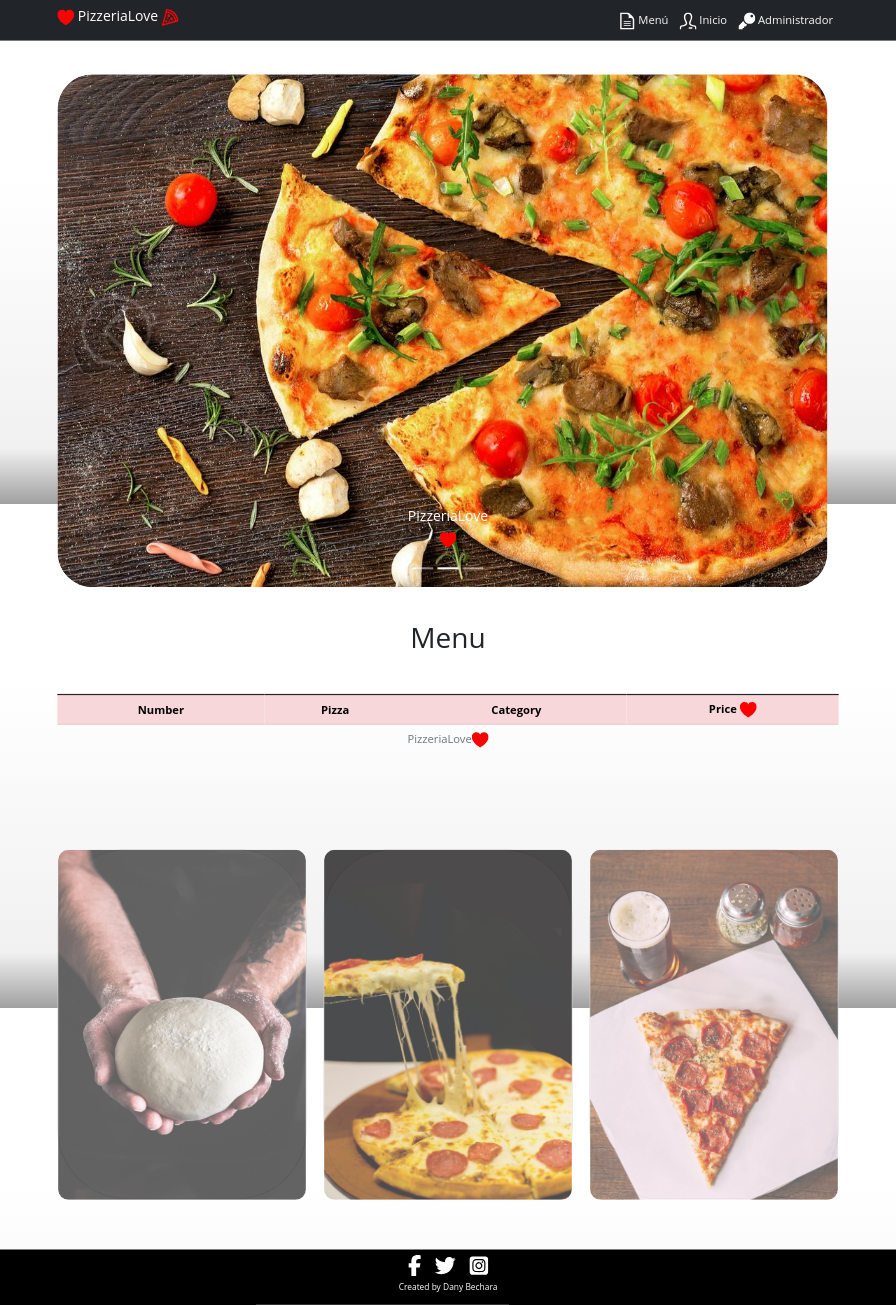
Repository: bechara611/PizzeriaLove
Page: /
The author's editor kept a copy of each file at every save. The page is drawn from the files as they stood at one save, then again after the next save.
The browser window is 1280 px wide. The pictures show the whole page, at 70% of full size.
The page's requests for data from a server got no answer. Backgrounds fixed to the window are drawn as part of the page. The project was rebuilt for these pictures with package versions that can differ from the ones it lists, and the page was loaded fresh each time. No one was signed in, and anything a server would have sent is missing. Also part of the build but not shown: src/App.css, src/App.js, src/Componentes/FormularioAgregarMenu.css, src/Elementos/Alerta.js, src/Elementos/AlertaRed.js, src/Componentes/FormularioAgregarMenu.js.

Above is the page before, as saved 2022-02-25 22:44:19.

### src/index.js
import React,{useState} from 'react';
import ReactDOM from 'react-dom';
import './index.css';
import 'bootstrap/dist/css/bootstrap.css'
import 'bootstrap/dist/js/bootstrap.bundle.min';
import Header from './Componentes/Header';
import {BrowserRouter,Route, Routes,NavLink} from 'react-router-dom'
import {App,App2} from './App';
import WebFont from 'webfontloader'
import './index.css'
import Carousel from './Componentes/Carousel';
import Menu from './Componentes/Menu';
import Footer from './Componentes/Footer';
import { FormularioAgregarMenu } from './Componentes/FormularioAgregarMenu';
import Galeria from './Componentes/Galeria';

WebFont.load({
  google: {
    families: ['Open Sans:400,500,700', 'Sans-serif']
  }
});

const Index = () => {
  const [administrador,cambiaradministrador]=useState(false);
  const [admin,cambiaradmin]=useState('');
  return (
  <BrowserRouter>
     <Header administrador={administrador} cambiaradministrador={cambiaradministrador} cambiaradmin={cambiaradmin} admin={admin}></Header>
   {admin==='admin' ? <h2 className='my-5 tittle text-dark text-center'>ADMIN</h2>:<></>}
     <Carousel></Carousel>

    <Routes>
    <Route path='/' element={<Menu borrar={false} />} ></Route>
    <Route path='/administrador' element={<FormularioAgregarMenu />} ></Route>
    <Route path='/inicio' element={<Menu borrar={false} />} ></Route>
    </Routes>


    <Footer></Footer>
    </BrowserRouter>
    );
}


ReactDOM.render(

  <Index />,
  document.getElementById('root')
);

### src/index.css
* {
  margin: 0;
  font-family:'Open Sans';
  /* Permalink - use to edit and share this gradient: https://colorzilla.com/gradient-editor/#ffffff+0,ffffff+100&1+0,0+100;White+to+Transparent */



}


body
{
  background: rgb(255,255,255);
  background: linear-gradient(180deg, rgba(255,255,255,1) 0%, rgba(255,255,255,1) 35%, rgba(242,241,241,1) 89%, rgba(10,10,10,0.38699229691876746) 100%);

  background-attachment:fixed;
}

### src/Componentes/Header.js
import {NavLink} from 'react-router-dom'
import styled from 'styled-components';
import { BotonTipoNavLink,BotonTipoNavLinkA } from '../Elementos/BotonTipoNavLink';
import {Pizza2,Administrador2,Inicio2,Menu2,Contacto2,Heart2}from '../Elementos/ImagenesSVG';
import {App,App2} from './../App';
import './Header.css'


const Header = ({cambiaradministrador,administrador,cambiaradmin}) => {
    let url1,urladmin;
    url1="/inicio";
    urladmin='/administrador'
      return (
        <>

        <nav className="navbar navbar-expand-sm navbar-dark bg-dark  header_nav">
        <div className="container contenedor1 ">
        <div className='hijo1_header'>
         <BotonTipoNavLink to={url1} className="navbar-brand"> <Heart2 / > PizzeriaLove <Pizza2></Pizza2></BotonTipoNavLink>



        </div>
      <div className='hijo2_header'>
        <button
        className="navbar-toggler mt-2"
        type="button"
        data-bs-toggle="collapse"
        data-bs-target="#menu"
        aria-controls="menu"
        aria-expanded="false"
        aria-label="Mostrar / Ocultar Menu"
      >
        <span className="navbar-toggler-icon"></span>
      </button>

      <div className="collapse navbar-collapse" id="menu">
      <ul className="navbar-nav me-auto mb-2 mb-lg-0 header_menu">
      <li className="nav-item opcion"><a href="#menuu" className="nav-link text-light  opcion" onClick={()=>{cambiaradmin('usuario')}}><Menu2></Menu2> Menú</a></li>
        <li className="nav-item"><BotonTipoNavLinkA to={url1} className="nav-link text-light" onClick={()=>{cambiaradmin('usuario')}}><Inicio2/> Inicio</BotonTipoNavLinkA></li>
        <li className="nav-item"><BotonTipoNavLink to={urladmin} className="nav-link text-light" onClick={()=>{cambiaradmin('admin')}}> <Administrador2 /> Administrador</BotonTipoNavLink></li>
      </ul>

    </div>
    </div>
        </div>

      </nav>

      </>
       );
    }

    export default Header;

### src/Componentes/Carousel.js
import { Heart2 } from '../Elementos/ImagenesSVG'
import imagen1 from './../Imagenes/carousel1.jpg'
import imagen2 from './../Imagenes/carousel2.jpg'
import imagen3 from './../Imagenes/carousel3.jpg'
import './Carousel.css'
const Carousel = () => {
    return (

        <>
<section className="main">
  <div className="container">
    <div className="row mt-5">
      <div className="col">
        <div className="carousel slide carousel-fade" id="mi-carousel" data-bs-ride="carousel">
          <div className="carousel-inner">
            <div className="carousel-item active">
            <div className="carousel-caption">
            <h5>PizzeriaLove</h5>
            <p><Heart2></Heart2></p>
          </div>
              <img className="img-fluid" src={imagen1} alt='' />
            </div>

            <div className="carousel-item" data-bs-interval="5000">
              <div className="carousel-caption">
                <h5>PizzeriaLove</h5>
                <p><Heart2></Heart2></p>
              </div>
              <img className="img-fluid" src={imagen2}  alt=''/>
            </div>
            <div className="carousel-item">
            <div className="carousel-caption">
            <h5>PizzeriaLove</h5>
            <p><Heart2></Heart2></p>
          </div>
            <img className="img-fluid" src={imagen3} alt='' />
            </div>
          </div>



          <button
            className="carousel-control-prev botonprev"
            type="button"
            data-bs-target="#mi-carousel"
            data-bs-slide="prev"
          >
            <span className="carousel-control-prev-icon  icono" aria-hidden="true"></span>
            <span className="visually-hidden">Prev</span>
          </button>
          <button
            className="carousel-control-next"
            type="button"
            data-bs-target="#mi-carousel"
            data-bs-slide="next"
          >
            <span className="carousel-control-next-icon icono" aria-hidden="true"></span>
            <span className="visually-hidden">Next</span>
          </button>




          <div className="carousel-indicators">
            <button
              type="button"
              className="active"
              data-bs-target="#mi-carousel"
              data-bs-slide-to="0"
              aria-label="Slide 1"
            ></button>
            <button
              type="button"
              className=""
              data-bs-target="#mi-carousel"
              data-bs-slide-to="1"
              aria-label="Slide 2"
            ></button>
            <button
              type="button"
              className=""
              data-bs-target="#mi-carousel"
              data-bs-slide-to="2"
              aria-label="Slide 3"
            ></button>
          </div>
        </div>
      </div>
    </div>
  </div>

</section>


        </>
     );
}

export default Carousel;

### src/Componentes/Menu.js
import React from 'react'
import { Heart2, Trash2 } from '../Elementos/ImagenesSVG';
import { db } from '../Firebase/FirebaseConfig';
import './Menu.css'
import useObtenerMenu from '../Hooks/useObtenerMenu';
import BorrarDocumento from '../Firebase/Borrar';
import Galeria from './Galeria';

const Menu = ({borrar}) => {
   const [platos,cambiarplatos]=useObtenerMenu();


    return (
        <>
        <div className="container contenedor-tabla">
        <div className="row my-5">

        <div className="col titulo">
        {borrar===true ?   <h1 className=''>Admin, you can delete a plate here:</h1> :    <h1 className=''>Menu</h1>}

        </div>
        </div>
            <div className="row my-5">

             <div className="table-responsive " id='menuu'>
            <table className="table table-hover table" >
            <caption className='captionMenu'>PizzeriaLove<Heart2></Heart2></caption>
             <thead>
             <tr className={borrar===true?'table-success' : 'table-danger'}>
             <th>Number</th>
             <th>Pizza</th>
             <th>Category </th>
             <th>Price <Heart2></Heart2> </th>
             </tr>
             </thead>
             <tbody>
             {
                 platos.map((plato,index)=>{
                     return <React.Fragment key={index}>
                     <tr onClick={()=>{


                     }} >
                     <td>{index +1}</td>
                     <td>{plato.plato}</td>
                     <td>{plato.categorias}</td>
                     {borrar===true ?    <td>{plato.precio}$  <Trash2 onClick={()=>{
                        if (borrar===true) {
                            BorrarDocumento(plato.id)
                         }
                     }}></Trash2> </td> : <td>{plato.precio}</td> }

                     </tr>
                     </React.Fragment>
                 })
             }
             </tbody>
             </table>
            </div>


            </div>
        </div>
        <Galeria></Galeria>
        </>

        )

}

export  default Menu;

### src/Componentes/Footer.js
import styled from "styled-components";
import './Footer.css'
import { FontAwesomeIcon } from '@fortawesome/react-fontawesome'
import { faCoffee } from '@fortawesome/free-solid-svg-icons'
import {  faFacebookF,faInstagramSquare,faTwitter } from '@fortawesome/free-brands-svg-icons';
import useObtenerMenu from "../Hooks/useObtenerMenu";


const Footer = () => {
    let face='https://www.facebook.com';
    let insta='https://www.instagram.com';
    let twitter='https://www.twitter.com';
    let nuevaPestana="_blank"

    return (
        <>
        <div className="container-fluid " >
        <div className="row fila">
        <footer className="col-12 footer">
        <a href={face} target={nuevaPestana} className='face'><FontAwesomeIcon icon={faFacebookF}/></a>
        <a href={twitter} target={nuevaPestana} className='twitter'><FontAwesomeIcon icon={faTwitter}/></a>
        <a href={insta} target={nuevaPestana} className='instagram'><FontAwesomeIcon icon={faInstagramSquare}/></a>

        </footer>
        <p className="col-12">Created by Dany Bechara</p>
        </div>
        </div>
        </>
     );
}

export default Footer;

### src/Componentes/Galeria.js
import React from 'react';
import './Galeria.css'
import  Pizza1 from './../Imagenes/Pizza1.jpg'
import  Pizza2 from './../Imagenes/Pizza2.jpg'
import  Pizza3 from './../Imagenes/Pizza3.jpg'
import  Pizza4 from './../Imagenes/Pizza4.jpg'
import  Pizza5 from './../Imagenes/Pizza5.jpg'
import  Pizza6 from './../Imagenes/Pizza6.jpg'
import  Pizza7 from './../Imagenes/Pizza7.jpg'
import  Pizza8 from './../Imagenes/Pizza8.jpg'
import {ReactComponent as Menu} from './../Imagenes/Menu.svg'
const Galeria = () => {
    return (

        <>
        <div className="container   py-5">
    <div className="row my-4 ">
        <div className="col-lg-4">
            <div className="card cardcita">
           < img src={Pizza5} alt="" className=" cardcitaImagen"></img>
            </div>
        </div>
        <div className="col-lg-4">
            <div className="card cardcita">
           < img src={Pizza2} alt="" className="cardcitaImagen"></img>
            </div>
        </div>
        <div className="col-lg-4">
            <div className="card cardcita">
           < img src={Pizza8} alt="" className="cardcitaImagen colores"></img>
            </div>
        </div>
    </div>


        </div>
        </>
     );
}

export default Galeria;

### src/Elementos/BotonTipoNavLink.js
import styled from "styled-components"
import { NavLink } from "react-router-dom"
    const BotonTipoNavLink = styled(NavLink)`
    &:hover
    {
      text-decoration: underline;
      color: black;
    }
    `

    const BotonTipoNavLinkA=styled(BotonTipoNavLink)`
    text-decoration: none;
      color: black;
      cursor:pointer;
    `
    export {BotonTipoNavLink,BotonTipoNavLinkA}

### src/Elementos/ImagenesSVG.js
import styledComponents from 'styled-components';
import {ReactComponent as Pizza} from './../Imagenes/Pizza.svg'
import {ReactComponent as Inicio} from './../Imagenes/Inicio.svg'
import {ReactComponent as Menu} from './../Imagenes/Menu.svg'
import {ReactComponent as Administrador} from './../Imagenes/Administrador.svg'
import {ReactComponent as Contacto} from './../Imagenes/Contacto.svg'
import {ReactComponent as Heart} from './../Imagenes/Heart.svg'
import {ReactComponent as Trash} from './../Imagenes/Trash.svg'
const Pizza2 = styledComponents(Pizza)`
font-size:10px;
z-index: 1;
color:white;
fill:red;

`;
const Inicio2 = styledComponents(Inicio)`
font-size:10px;
z-index: 1;
color:white;
fill:white;

`;
const Menu2 = styledComponents(Menu)`
font-size:10px;
z-index: 1;
color:white;
fill:white;

`;
const Administrador2 = styledComponents(Administrador)`
font-size:10px;
z-index: 1;
color:white;
fill:white;

`;

const Contacto2 = styledComponents(Contacto)`
font-size:10px;
z-index: 1;
color:white;
fill:white;

`;

const Heart2 = styledComponents(Heart)`
font-size:10px;
z-index: 1;
color:white;
fill:red;

`;

const Trash2=styledComponents(Trash)`
fill:blue;
cursor:pointer;
`

export {Pizza2,Administrador2,Inicio2,Menu2, Contacto2,Heart2,Trash2}

### src/Componentes/Header.css

*{
   box-sizing: border-box;
   margin: 0;
   padding: 0;


}
.header_nav2
{
    /* margin-top: -8px; */
    background: -moz-linear-gradient(top,  rgba(211,126,128,1) 0%, rgba(146,171,207,0) 76%, rgba(134,179,222,0) 90%, rgba(125,185,232,0) 100%); /* FF3.6-15 */
background: -webkit-linear-gradient(top,  rgba(211,126,128,1) 0%,rgba(146,171,207,0) 76%,rgba(134,179,222,0) 90%,rgba(125,185,232,0) 100%); /* Chrome10-25,Safari5.1-6 */
background: linear-gradient(to bottom,  rgba(211,126,128,1) 0%,rgba(146,171,207,0) 76%,rgba(134,179,222,0) 90%,rgba(125,185,232,0) 100%); /* W3C, IE10+, FF16+, Chrome26+, Opera12+, Safari7+ */
filter: progid:DXImageTransform.Microsoft.gradient( startColorstr='#d37e80', endColorstr='#007db9e8',GradientType=0 ); /* IE6-9 */


}
body
{
    /* background: url(./../Imagenes/textura.png);
	background-repeat: repeat;
	background-attachment: fixed; */
}

.nav
{


}

.contenedor12
{

    /* min-height: 300px;  */
}

.hijo1_header
{
    align-self: start;
    /* margin-top: 2%; */

}
.hijo2_header
{
    /* margin-top: 2%; */
    align-self: start;
}
.header_menu
{

}

.opcion
{
text-decoration: dotted;
display: inline-block;
opacity: 1;

}



.opcion:hover
{
    text-decoration: underline;
}

.opcion:link
{
color: green;
}

### src/Componentes/Carousel.css
.carousel-inner{border-radius: 50px;}
.carousel-item{border-radius: 50px;}
.img-fluid{border-radius: 50px;}
.icono {
    height: 100px;
    width: 100px;

      /*shape border*/
      border: 5px solid white;
      border-radius: 50%; /*zero for square */
      opacity: 0.3;
      /*symbol */
      color: BLACK;



}
.icono:hover{opacity: 1;}

### src/Firebase/FirebaseConfig.js
import { initializeApp } from "firebase/app";
import { getAnalytics } from "firebase/analytics";
import { getFirestore } from "firebase/firestore";
import { getAuth, createUserWithEmailAndPassword } from "firebase/auth";

const firebaseConfig2 = {
    apiKey: "AIzaSyDhYuWK_8Uy4S-BtkFmFfityIjQnt4M3Is",
    authDomain: "pizzerialove-00.firebaseapp.com",
    projectId: "pizzerialove-00",
    storageBucket: "pizzerialove-00.appspot.com",
    messagingSenderId: "356504995914",
    appId: "1:356504995914:web:c5fee404edbf5f32affeb3",
    measurementId: "G-CK1N9HMEKD"
  };


    const firebaseConfig = {
      apiKey:process.env.REACT_APP_FIREBASE_API_KEY,
      authDomain:process.env.REACT_APP_FIREBASE_AUTH_DOMAIN,
      projectId:process.env.REACT_APP_FIREBASE_PROJECT_ID,
      storageBucket:process.env.REACT_APP_FIREBASE_STORAGE_BUCKET,
      messagingSenderId:process.env.REACT_APP_FIREBASE_MESSAGING_SENDER_ID,
      appId:process.env.REACT_APP_FIREBASE_APP_ID,
      measurementId:process.env.REACT_APP_FIREBASE_MEASUREMENT_ID
    };



// Initialize Firebase
const app = initializeApp(firebaseConfig);
const analytics = getAnalytics(app);
const db= getFirestore();
const auth=getAuth();

export {app,analytics,db,auth};

### src/Componentes/Menu.css
.captionMenu
{
    text-align: center;
}

.titulo{text-align: center;}

td{text-align: center;}
th{text-align: center;}

.basurita{background: black;}

.table-responsive{




    }

### src/Hooks/useObtenerMenu.js
import React,{useEffect,useState} from 'react'
import { db } from '../Firebase/FirebaseConfig';
import { collection,onSnapshot } from 'firebase/firestore';

const useObtenerMenu = () => {
    const [platos,cambiarplatos]=useState([{}])
    useEffect(()=>{

            const FuncionObtenerMenu=onSnapshot(collection(db,'menu'), (snapShot)=>{

               let vectormenu=snapShot.docs.map((documento)=>{
                  // console.log(documento.id)
                    return {...documento.data(),id:documento.id}
                })
              //  console.log(vectormenu);
              cambiarplatos([{}])
                cambiarplatos(vectormenu)
            })




            return FuncionObtenerMenu;
          },[])
          return [platos,cambiarplatos]
}

export default useObtenerMenu;

### src/Firebase/Borrar.js
import { db,app } from './FirebaseConfig'
import {doc,deleteDoc, } from 'firebase/firestore'
const BorrarDocumento =async (id) => {
  try {
  await deleteDoc(doc(db,'menu',id));

   } catch (error) {
    console.log(error)
   }

}

export default BorrarDocumento;

### src/Componentes/Footer.css
.footer
{
    display: flex;
    flex-direction: row;
    justify-content: center;

}
.fila
{
    display: flex;
    justify-content: center;
    text-align: center;
    background: black;
    font-size: 12px;
}
.fila p
{

color: white;
}
.footer a{
    text-decoration: none;
font-size: 30px;
display: inline-block;
color: white;
margin: 0 10px;
}
.face:hover{color: blue;}
.twitter:hover{color: lightblue;}
.instagram:hover{color:#fcaf45}

### src/Componentes/Galeria.css
.cardcita{
   border-radius: 100px;
   max-height: 500px;
   min-height: 500px;


}

.cardcitaImagen
{
    border-radius: 15px;
    max-height: 500px;
   min-height: 500px;
   opacity: .7;


}
.cardcitaImagen:hover{
    opacity: 1;
    animation-name: colores;
    animation-duration: 4s;
    animation-iteration-count: infinite;
}

@keyframes colores
{
/*from{background: #9EB3C2;}
to{background:#21295C ;}*/
0%{min-height: 500px;}
25%{min-height: 520;}
50%{min-height: 530px;}
75%{min-height: 520;}
100%{min-height: 500;}
}

Loaded but not shown: public/index.html (common file)

After the next save:
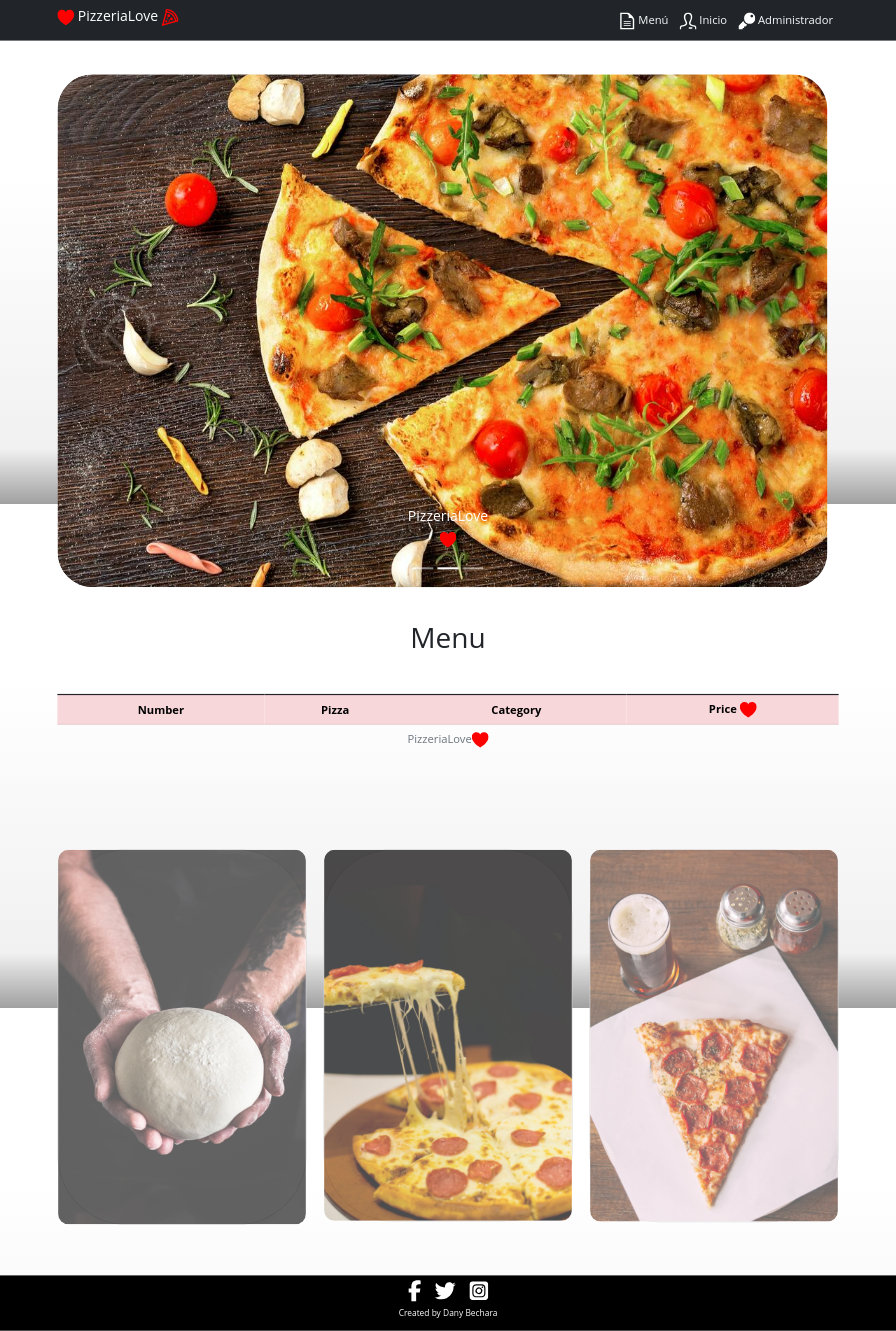
Saved 77 s later.
--- a/src/Componentes/Galeria.css
+++ b/src/Componentes/Galeria.css
@@ -1,6 +1,6 @@
 .cardcita{
    border-radius: 100px;
-   max-height: 500px;
+
    min-height: 500px;
 
 
@@ -9,7 +9,7 @@
 .cardcitaImagen
 {
     border-radius: 15px;
-    max-height: 500px;
+
    min-height: 500px;
    opacity: .7;
 
